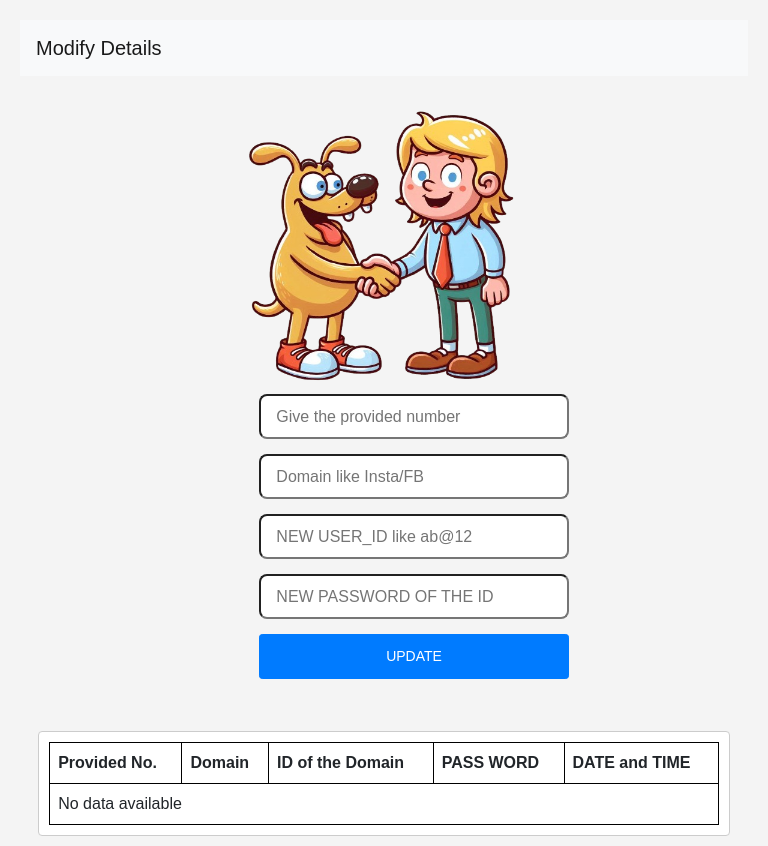
Repository: wizzy-abhishek/Projects
Page: http://localhost/Iam_Doing/Modify.jsp
An editor plug-in stored every save of this project. The page is shown before and after the next save, followed by the edit.
The browser window is 768 px wide. The pictures show the whole page.
Some web libraries are served in a nearby version. The page is served by Tomcat 10. Nobody is signed in. The application's start-up code is not run. Other server files are loaded and not shown.

Above is the page before, as saved 2024-06-29 17:50:17.

### Iam_Doing/src/main/webapp/Modify.jsp
<%@ page language="java" contentType="text/html; charset=UTF-8"
    pageEncoding="UTF-8" errorPage = "ProblemOccured.jsp" %>
    <%@ page import="java.util.List" %>
<%@ page import="com.pojo.RealInfo" %>
<%@ page import="java.util.ArrayList" %>
<%@ page import="com.encrption_decryption.EncryptDecrypt"  %>

<!DOCTYPE html>
<html lang="en">
<head>
    <meta charset="UTF-8">
    <meta name="viewport" content="width=device-width, initial-scale=1.0">
    <link href="https://stackpath.bootstrapcdn.com/bootstrap/4.5.2/css/bootstrap.min.css" rel="stylesheet">
    <link rel="stylesheet" href="GeneralDegine.css">
    <title>MODIFY</title>
    <link href="WEBSITE_LOGO.png" rel="icon" type="image/x-icon">
</head>
<body>
<%response.setHeader("Cache-Control", "no-cache , no-store , must-revalidate");
	response.setHeader("Pragma", "no-cache");
%>
<nav class="navbar navbar-expand-lg navbar-light bg-light w-100">
  <div class="container-fluid">
    <a class="navbar-brand">Modify Details</a>
    <div class="collapse navbar-collapse" id="navbarNav">
      <ul class="navbar-nav mx-auto">
        <li class="nav-item">
          <form action="LoggedIn" method="post">
            <button type="submit" class="btn nav-link active" aria-current="page">Home</button>
          </form>
        </li>
        <li class="nav-item">
          <form action="Add_Details" method="post">
            <button type="submit" class="btn nav-link">ADD</button>
          </form>
        </li>
        <li class="nav-item">
          <form action="Deleting" method="post">
            <button type="submit" class="btn nav-link">DELETE</button>
          </form>
        </li>
        <li class="nav-item">
          <form action="Modifying" method="post">
            <button type="submit" class="btn nav-link">MODIFY</button>
          </form>
        </li>
        <li class="nav-item">
          <form action="Logout" method="post">
            <button type="submit" class="btn nav-link logout-btn">LOG OUT</button>
          </form>
        </li>
      </ul>
    </div>
  </div>
</nav>

<div class="left-column">
    <div class="header text-center">
    <img src="HANDSHAKE_LOGO.png" alt="IMAGE" height="300" width="300" >
    </div>


    <form action="Modified" method="post">
    	<div class="form-group">
            <input type="text" name="Provided_number" placeholder=" &nbsp Give the provided number " required style="width: 310px; height: 45px; margin: 0 auto;">
        </div>
        <div class="form-group">
            <input type="text" name="New_Domain" placeholder=" &nbsp Domain like Insta/FB" required style="width: 310px; height: 45px; margin: 0 auto;">
        </div>
        <div class="form-group">
            <input type="text" name="New_UserId_of_Domain" placeholder=" &nbsp NEW USER_ID like ab@12" required  style="width: 310px; height: 45px; margin: 0 auto;">
        </div>
        <div class="form-group">
            <input type="text" name="New_Password_of_User_ID" placeholder=" &nbsp NEW PASSWORD OF THE ID" required  style="width: 310px; height: 45px; margin: 0 auto;">
        </div>
        <div class="form-group">
            <button type="submit" class="btn btn-primary btn-sm"  style="width: 310px; height: 45px; margin: 0 auto;">UPDATE</button>
        </div>
    </form>
</div>
<hr>

<div class="right-column">
    <div class="scrollable-table">
        <table>
            <thead>
                <tr>
                    <th>Provided No.</th>
                    <th>Domain</th>
                    <th>ID of the Domain</th>
                    <th>PASS WORD</th>
                    <th>DATE and TIME</th>
                </tr>
            </thead>
           <tbody id="table-body">
                <%
                    EncryptDecrypt end = new EncryptDecrypt();
                    List<RealInfo> realInfoList = (List<RealInfo>) session.getAttribute("realInfoList");
                    if (realInfoList != null) {
                        int providedNo = 1;
                        for (RealInfo info : realInfoList) {
                            String decryptedPasscode = end.decrypt(info.getPassword());
                            %>
                            <tr>
                                <td><%= info.getId() %></td>
                                <td><%= info.getDomain() %></td>
                                <td><%= info.getUserID() %></td>
                                <td><%= decryptedPasscode %></td>
                                <td><%= info.getAddDate() %></td>
                            </tr>
                            <%
                        }
                    } else {
                        %>
                        <tr>
                            <td colspan="5">No data available</td>
                        </tr>
                        <%
                    }
                %>
            </tbody>
        </table>
    </div>
</div>

<script src="https://code.jquery.com/jquery-3.5.1.slim.min.js"></script>
<script src="https://cdn.jsdelivr.net/npm/@popperjs/core@2.5.4/dist/umd/popper.min.js"></script>
<script src="https://stackpath.bootstrapcdn.com/bootstrap/4.5.2/js/bootstrap.min.js"></script>
</body>
</html>

### Iam_Doing/src/main/java/com/encrption_decryption/EncryptDecrypt.java
package com.encrption_decryption;


public class EncryptDecrypt {

    private final int key = 6 ;

    public String encrypt(String message) {
        StringBuilder encrypted = new StringBuilder();
        for (char c : message.toCharArray()) {
            if (Character.isAlphabetic(c)) {
                int shiftedChar = c + key;

                if (Character.isUpperCase(c) && shiftedChar > 'Z') {
                    shiftedChar = shiftedChar % 'Z' + 'A';
                }

                else if (Character.isLowerCase(c) && shiftedChar > 'z') {
                    shiftedChar = shiftedChar % 'z' + 'a';
                }
                encrypted.append((char) shiftedChar);
            } else if (Character.isDigit(c)) {

                int shiftedDigit = (c - '0' + key) % 10;
                encrypted.append((char) ('0' + shiftedDigit));
            } else {
                encrypted.append(c);
            }
        }
        return encrypted.toString();
    }

    public String decrypt(String encrypted) {
        StringBuilder decrypted = new StringBuilder();
        for (char c : encrypted.toCharArray()) {
            if (Character.isAlphabetic(c)) {
                int shiftedChar = c - key;
                if (Character.isUpperCase(c) && shiftedChar < 'A') {
                    shiftedChar = shiftedChar % 'A' + 'Z';
                } else if (Character.isLowerCase(c) && shiftedChar < 'a') {
                    shiftedChar = shiftedChar % 'a' + 'z';
                }
                decrypted.append((char) shiftedChar);
            } else if (Character.isDigit(c)) {

                int shiftedDigit = (c - '0' - key + 10) % 10;
                decrypted.append((char) ('0' + shiftedDigit));
            } else {
                decrypted.append(c);
            }
        }
        return decrypted.toString();
    }
}

### Iam_Doing/src/main/webapp/GeneralDegine.css
@charset "UTF-8";
 body {
            font-family: 'Arial', sans-serif;
            margin: 0;
            padding: 20px;
            display: flex;
            justify-content: center;
            align-items: flex-start;
            flex-wrap: wrap;
            height: 100vh;
            background-color: #f4f4f4;
        }

        .left-column, .right-column {
            width: 45%;
            margin: 2.5%;
        }

        .scrollable-table {
            overflow-y: auto;
            height: calc(90vh - 60px);
            border: 1px solid #ccc;
            border-radius: 4px;
            padding: 10px;
            background-color: #fff;
            margin-bottom: 10px;
        }

        table {
            width: 100%;
            border-collapse: collapse;
        }

        table, th, td {
            border: 1px solid black;
        }

        th, td {
            padding: 8px;
            text-align: left;
        }

        form input, form button {
            display: block;
            width: 100%;
            margin-bottom: 10px;
            border-radius: 8px;
            margin-down: 10px;
            margin-right: 20px;
            margin-top: 10px;
        }

        .form-group {
            width: 250px;
            height: 60px;
            margin: 0 auto;
        }

        .header text-center {
            width: 300px;
            height: 300px;
            margin: 15px auto;
            background-color: #ddd;
            border: 1px solid #ccc;
            display: flex;
            justify-content: center;
            align-items: center;
            font-size: 14px;
            color: #777;
        }

        .logout-btn {
            background-color: cyan !important;
            border-color: cyan !important;
        }

        @media (max-width: 768px) {
            .left-column, .right-column {
                width: 100%;
                order: 1;
            }

            .scrollable-table {
                height: auto;
            }
        }

After the next save:
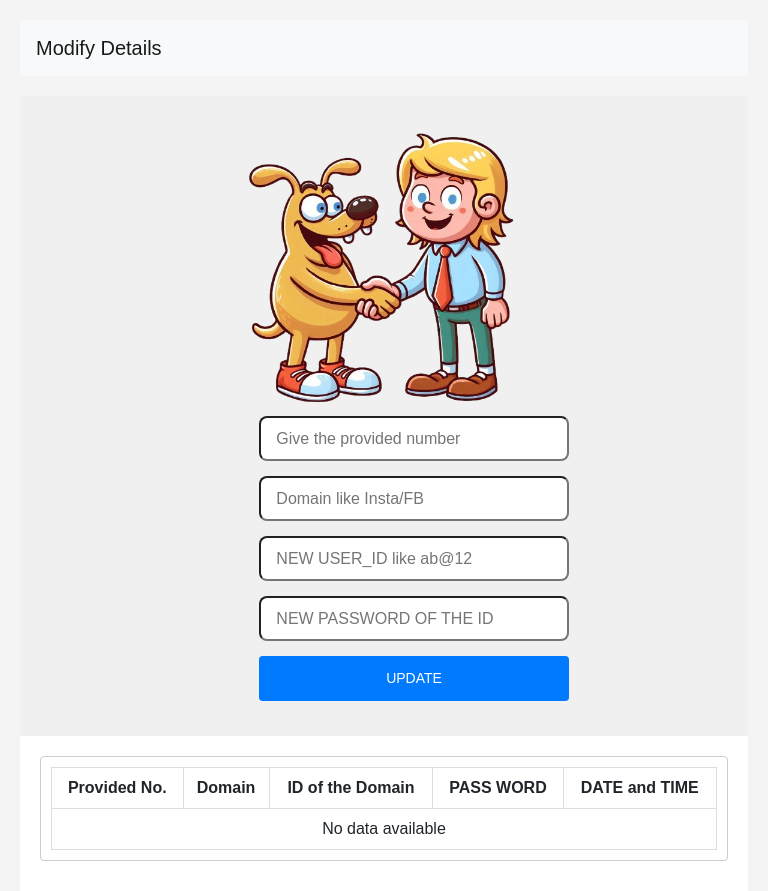
Saved 7 min 4 s later.
--- a/Iam_Doing/src/main/webapp/GeneralDegine.css
+++ b/Iam_Doing/src/main/webapp/GeneralDegine.css
@@ -84,3 +84,45 @@
                 height: auto;
             }
         }
+
+               .navbar {
+            margin-bottom: 20px; /* Space between navbar and content */
+        }
+
+        .left-column {
+            width: 100%; /* Full width on smaller screens */
+            max-width: 400px; /* Limit width for larger screens */
+            margin: 0 auto;
+            padding: 20px;
+            background-color: #f0f0f0;
+        }
+
+        .right-column {
+            width: 100%; /* Full width on smaller screens */
+            max-width: 800px; /* Limit width for larger screens */
+            margin: 0 auto;
+            padding: 20px;
+            background-color: #ffffff;
+        }
+
+        .scrollable-table {
+            overflow-x: auto;
+        }
+
+        table {
+            width: 100%;
+            border-collapse: collapse;
+        }
+
+        table th, table td {
+            border: 1px solid #ddd;
+            padding: 8px;
+            text-align: center;
+        }
+
+        @media only screen and (max-width: 768px) {
+            .left-column, .right-column {
+                width: 100%;
+                max-width: none;
+            }
+        }
